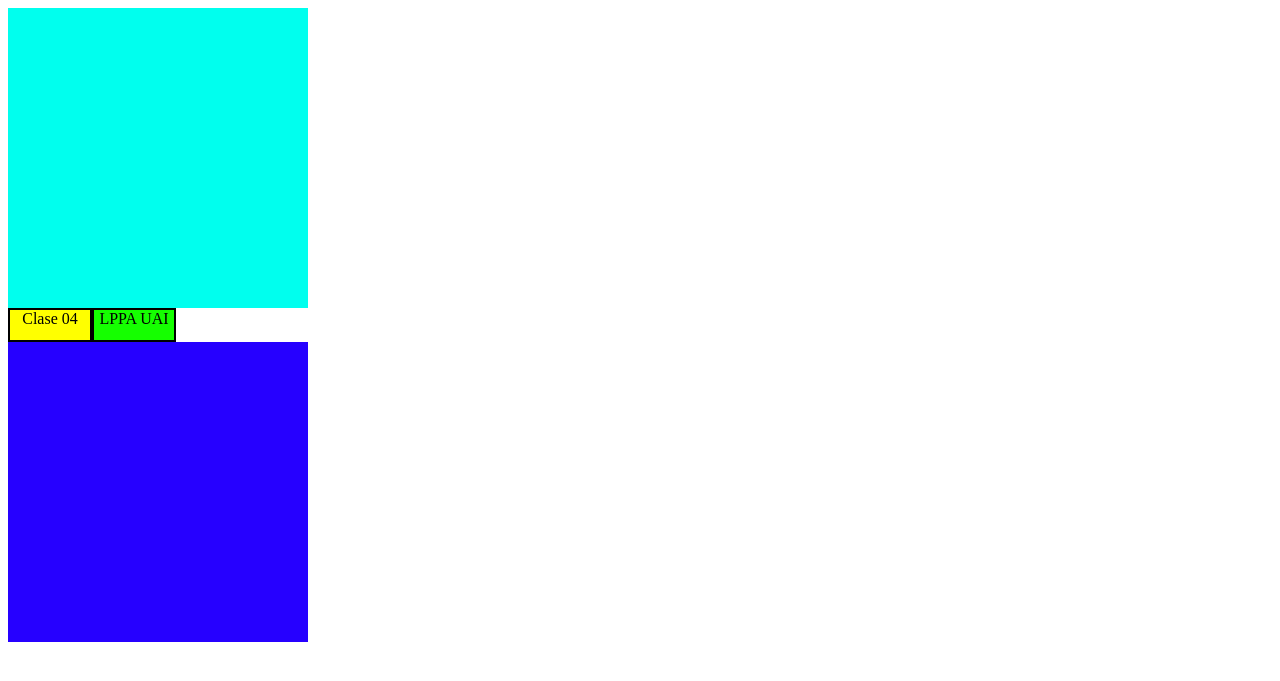
Repository: Divineridh/LPPAChallenges
Page: Trabajos en Clase/ejercicio clase 04-2/index.html
An editor plug-in stored every save of this project. The page is shown before and after the next save, followed by the edit.
The browser window is 1280 px wide. The pictures show the whole page.

Above is the page before, as saved 2022-04-26 20:59:31.

After the next save:
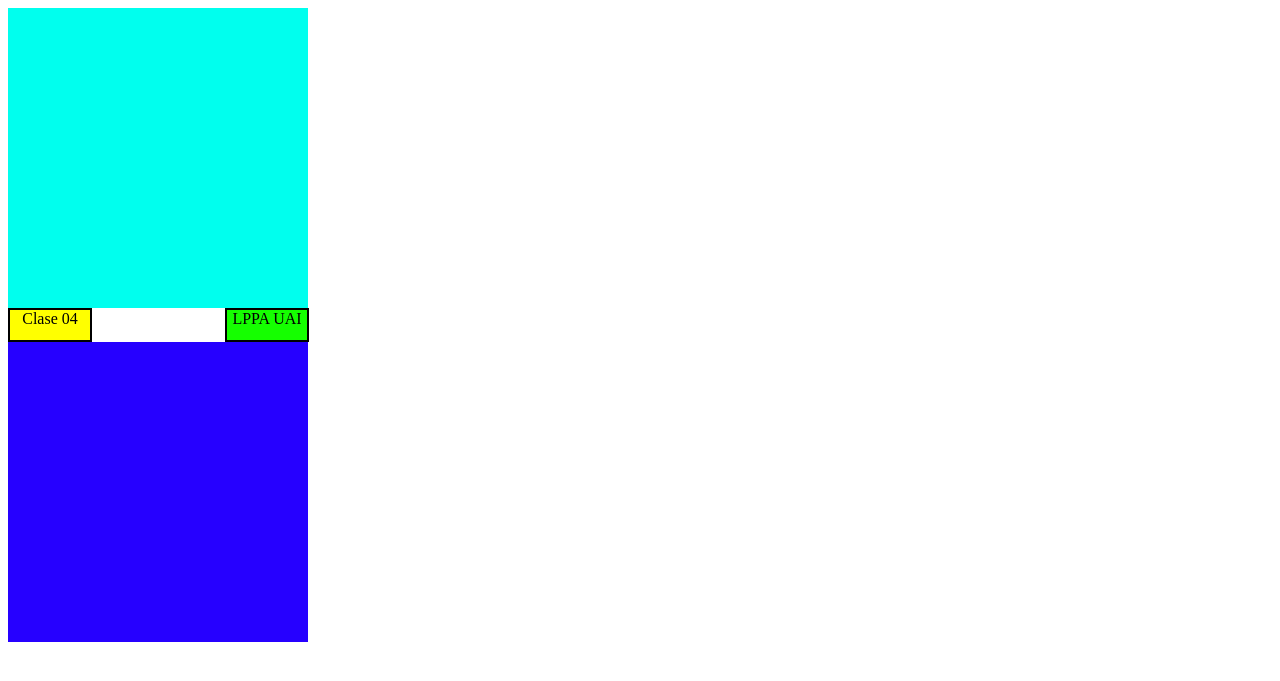
Saved 8 s later.
--- a/Trabajos en Clase/ejercicio clase 04-2/styles.css
+++ b/Trabajos en Clase/ejercicio clase 04-2/styles.css
@@ -23,8 +23,7 @@
 
 .mini2 {
     background-color: #15ff00;
-    right-margin: 2%;
-    position:absolute;
+    float: right;
 }
 
 .minis {
